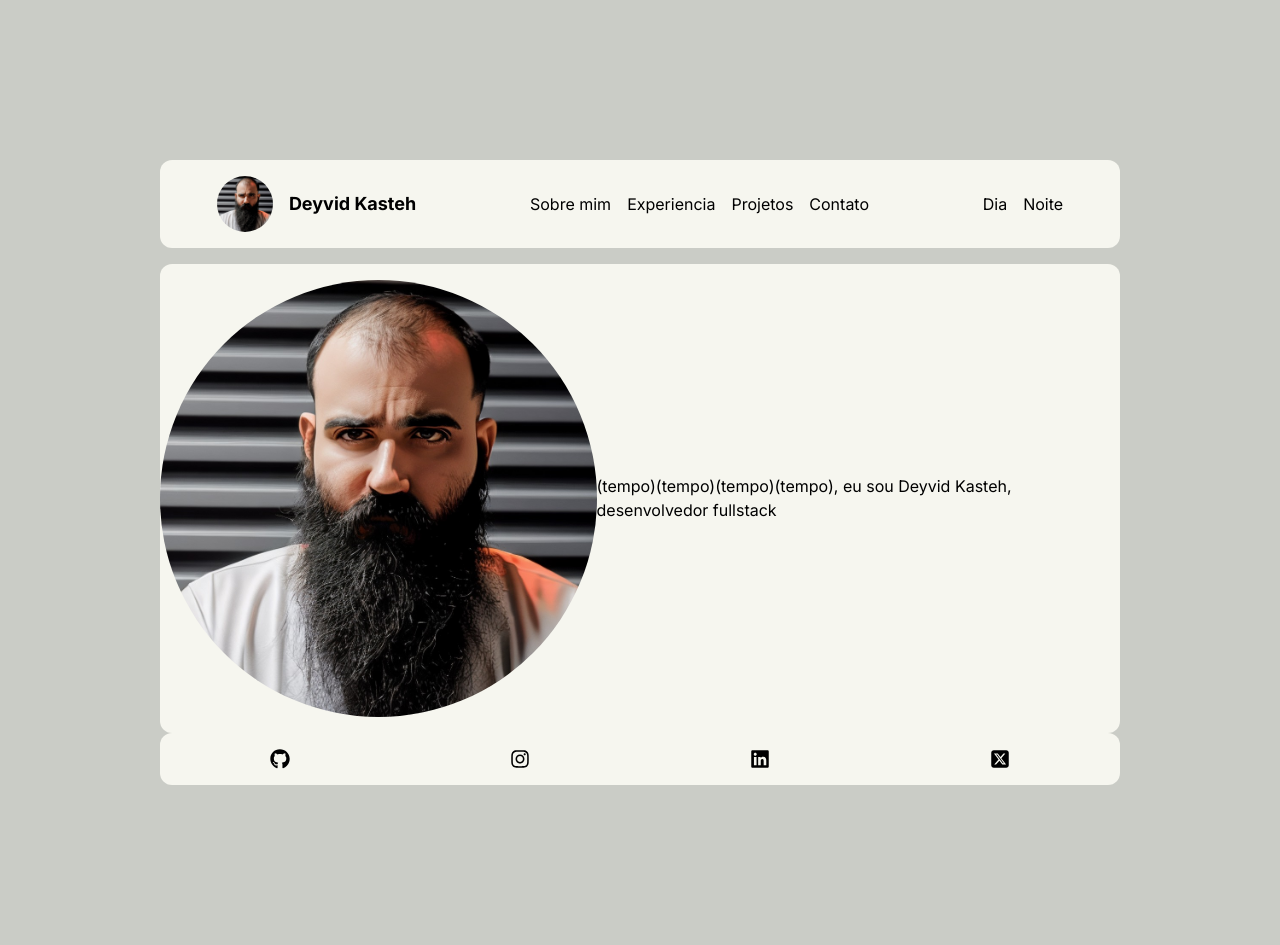
Repository: Deyvid-Kasteh/kasteh_portfolio
Page: /
An editor plug-in stored every save of this project. The page is shown before and after a run of saves, followed by the edit.
The browser window is 1280 px wide. The pictures show the whole page.
The project was rebuilt for these pictures with package versions that can differ from the ones it lists, and the page was loaded fresh each time. The framework's server and built-in components were replaced by stand-ins that run in the browser. Also part of the build but not shown: next.config.mjs.

Above is the page before, as saved 2024-03-26 00:56:25.

### src/app/layout.tsx
import type { Metadata } from "next";
import { Inter } from "next/font/google";
import "./globals.css";

const inter = Inter({ subsets: ["latin"] });

export const metadata: Metadata = {
  title: "Create Next App",
  description: "Generated by create next app",
};

export default function RootLayout({
  children,
}: Readonly<{
  children: React.ReactNode;
}>) {
  return (
    <html lang="pt-br">
      <body
        className={`bg-customGrayBG ${inter.className} p-4 sm:p-6 md:p-8 lg:p-10 xl:p-40`}
      >
        {children}
      </body>
    </html>
  );
}

### src/app/page.tsx
import Footer from "./components/footer";
import Header from "./components/header";
import Main from "./components/main";

export default function Home() {
  return (
    <>
      <Header />
      <Main />
      <Footer/>
    </>
  );
}

### src/app/globals.css
@tailwind base;
@tailwind components;
@tailwind utilities;

:root {
  --foreground-rgb: 0, 0, 0;
  --background-start-rgb: 214, 219, 220;
  --background-end-rgb: 0, 0, 0;
}

/* @media (prefers-color-scheme: dark) {
  :root {
    --foreground-rgb: 255, 255, 255;
    --background-start-rgb: 0, 0, 0;
    --background-end-rgb: 0, 0, 0;
  }
} */

body {
  color: "#25282B"
  /* background: linear-gradient(
      to bottom,
      transparent,
      rgb(var(--background-end-rgb))
    )
    rgb(var(--background-start-rgb)); */
}



@layer utilities {
  .text-balance {
    text-wrap: balance;
  }
}

### src/app/components/footer.tsx
import React from "react";
import {
  FaGithub,
  FaInstagram,
  FaLinkedin
} from "react-icons/fa";
import { FaSquareXTwitter } from "react-icons/fa6";

const Footer: React.FC = () => {
  return (
    <main className="bg-customGrayComponents flex justify-around items-center py-4 rounded-xl text-[20px]">
      <FaGithub />
      <FaInstagram />
      <FaLinkedin />
      <FaSquareXTwitter />
    </main>
  );
};

export default Footer;

### src/app/components/header.tsx
import React from "react";
import logo from "../../../public/deyvidKaseth.jpg";
import Image from "next/image";

const Header: React.FC = () => {
  return (
    <header className="bg-customGrayComponents flex justify-around items-center py-4 rounded-xl mb-4">
      <div className="flex items-center space-x-4">
        <Image src={logo} alt="Logo" className="rounded-full w-14 h-14" />
        <h1 className="text-lg font-bold">Deyvid Kasteh</h1>
      </div>
      <nav>
        <ul className="flex space-x-4">
          <li>
            <a href="#">Sobre mim</a>
          </li>
          <li>
            <a href="#">
              Experiencia
            </a>
          </li>
          <li>
            <a href="#">Projetos</a>
          </li>
          <li>
            <a href="#">Contato</a>
          </li>
        </ul>
      </nav>
      <div className="flex space-x-4">
        <p>Dia</p>
        <p>Noite</p>
      </div>
    </header>
  );
};

export default Header;

### src/app/components/main.tsx
import React from 'react'
import SobreMim from './SobreMim';

const Main: React.FC = () => {
  return (
    <main className="bg-customGrayComponents flex justify-around items-center py-4 rounded-xl">
      <SobreMim/>

    </main>
  );
}

export default Main

### src/app/components/SobreMim.tsx
import React from "react";
import MinhaFoto from "./common/fotoDeyvidKasteh";

const SobreMim: React.FC = () => {
  return (
    <>
      <div>
        <MinhaFoto height={500} width={500} />
      </div>
      <div>
        <span>(tempo)</span>
        <span>(tempo)</span>
        <span>(tempo)</span>
        <span>(tempo)</span>, eu sou Deyvid Kasteh, desenvolvedor fullstack
      </div>
    </>
  );
};

export default SobreMim;

### src/app/components/common/fotoDeyvidKasteh.tsx
import React from "react"
import minhafoto from "../../../../public/deyvidKaseth.jpg"
import Image from "next/image"


interface ImageProps {
  width: number;
  height: number;
}


const MinhaFoto: React.FC<ImageProps> = ({ width, height }) => {
  return (
    <Image
      src={minhafoto}
      alt="Foto de Deyvid Kasteh"
      width={width}
      height={height}
      className="rounded-full"
    />
  );
};

export default MinhaFoto

### tailwind.config.ts
import type { Config } from "tailwindcss";

const config: Config = {
  content: [
    "./src/pages/**/*.{js,ts,jsx,tsx,mdx}",
    "./src/components/**/*.{js,ts,jsx,tsx,mdx}",
    "./src/app/**/*.{js,ts,jsx,tsx,mdx}",
  ],
  theme: {
    extend: {
      backgroundImage: {
        "gradient-radial": "radial-gradient(var(--tw-gradient-stops))",
        "gradient-conic":
          "conic-gradient(from 180deg at 50% 50%, var(--tw-gradient-stops))",
      },
      colors: {
        customGrayBG: "#CACCC6", // Definindo o background color
        customGrayComponents: "#F6F6EF",
      },
    },
  },
  plugins: [],
};
export default config;

After the next 2 saves:
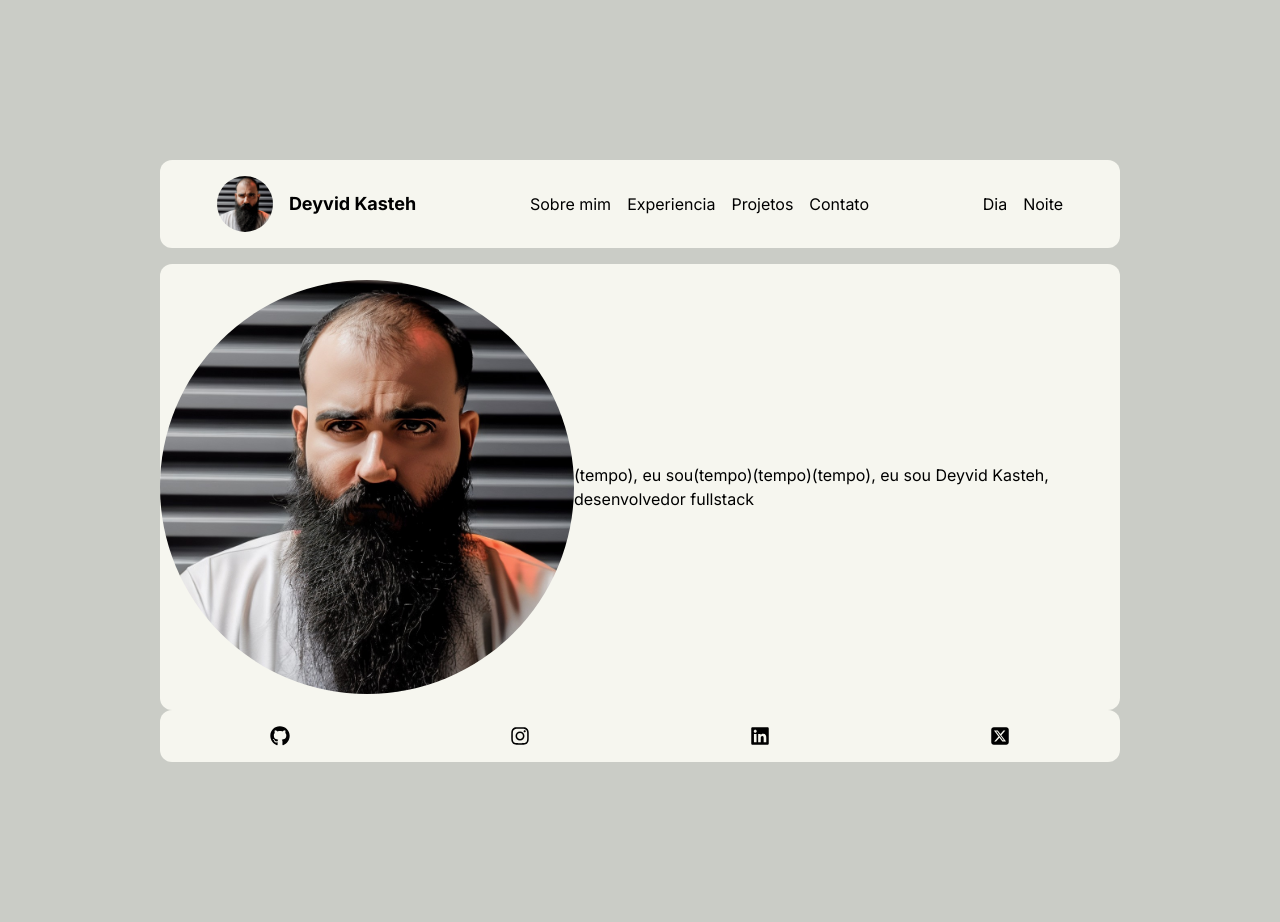
The 2 saves are shown as one change because they came seconds apart.
The last was saved 74 s later.
--- a/src/app/components/SobreMim.tsx
+++ b/src/app/components/SobreMim.tsx
@@ -8,7 +8,7 @@ const SobreMim: React.FC = () => {
         <MinhaFoto height={500} width={500} />
       </div>
       <div>
-        <span>(tempo)</span>
+        <span>(tempo), eu sou</span>
         <span>(tempo)</span>
         <span>(tempo)</span>
         <span>(tempo)</span>, eu sou Deyvid Kasteh, desenvolvedor fullstack
